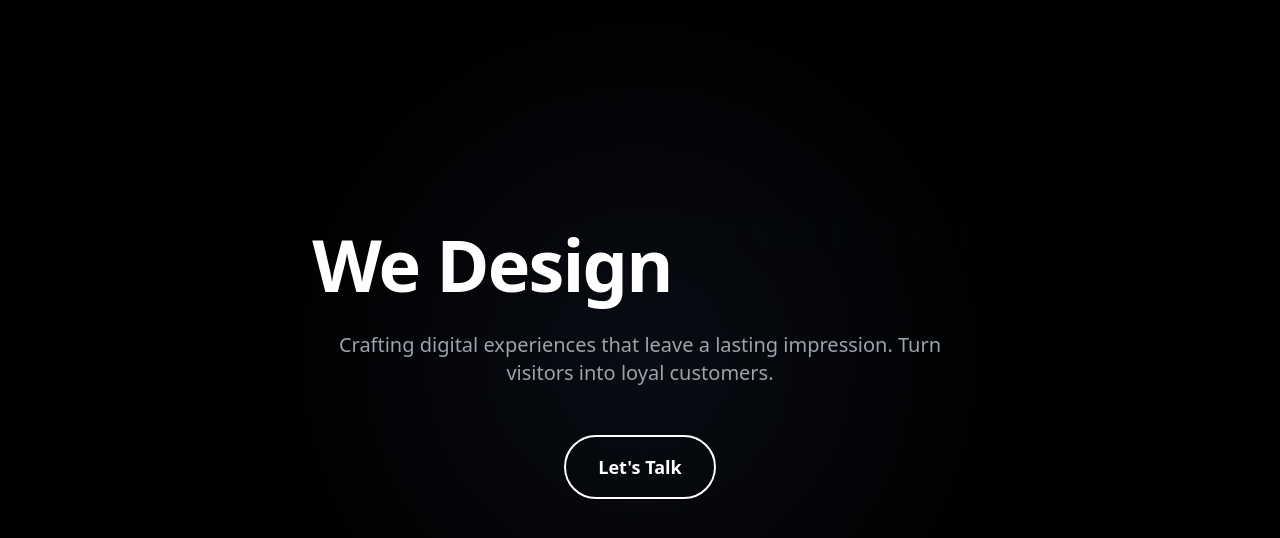
Repository: Ganesh-Bramhane/BRB_DESIGN
Page: /
The author's editor kept a copy of each file at every save. The page is drawn from the files as they stood at one save, then again after the next save.
The browser window is 1280 px wide. The pictures show the whole page.
The project was rebuilt for these pictures with package versions that can differ from the ones it lists, and the page was loaded fresh each time.

Above is the page before, as saved 2025-12-26 00:20:12.

After the next save:
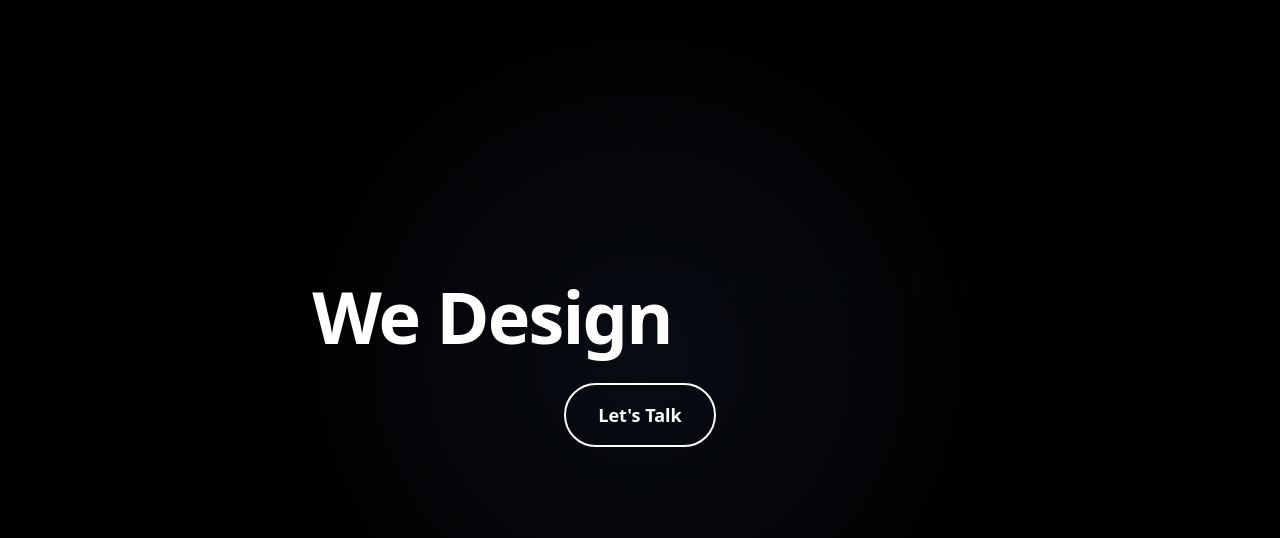
Saved 28 s later.
--- a/src/pages/BrandHero.jsx
+++ b/src/pages/BrandHero.jsx
@@ -42,9 +42,9 @@
           </div>
         </h1>
 
-        <p className="text-gray-400 text-lg md:text-xl mb-12 max-w-2xl mx-auto">
+        {/* <p className="text-gray-400 text-lg md:text-xl mb-12 max-w-2xl mx-auto">
           Crafting digital experiences that leave a lasting impression. Turn visitors into loyal customers.
-        </p>
+        </p> */}
 
         {/* SAME BUTTON — JUST WHATSAPP LINK ADDED */}
         <motion.a
